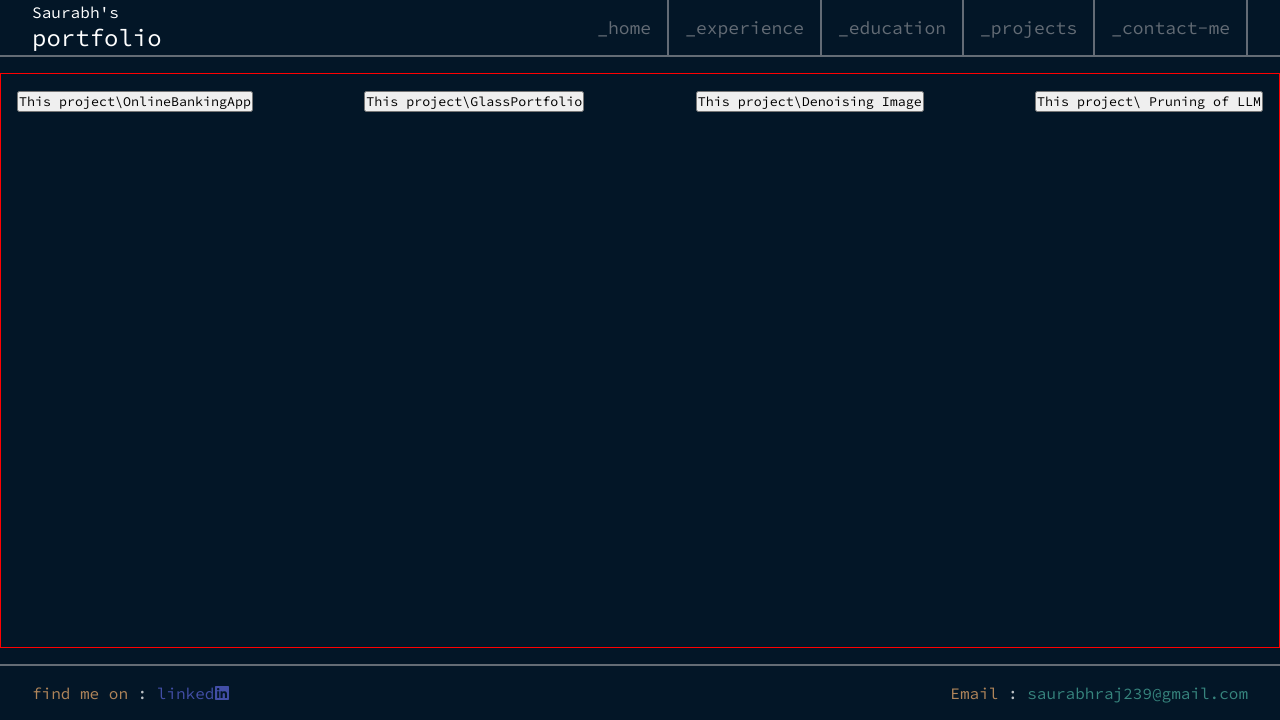
Repository: saurabhraj23/FrontendReactPortfolio
Page: /projects
The author's editor kept a copy of each file at every save. The page is drawn from the files as they stood at one save, then again after the next save.
The browser window is 1280 px wide. The pictures show the whole page.
The project was rebuilt for these pictures with package versions that can differ from the ones it lists, and the page was loaded fresh each time. Also part of the build but not shown: vite.config.js, src/components/Education.jsx, src/components/Experience.jsx, src/components/Contacts.jsx, src/styles/default-page.css, src/components/DefaultPage.jsx.

Above is the page before, as saved 2024-07-23 00:42:54.

After the next save:
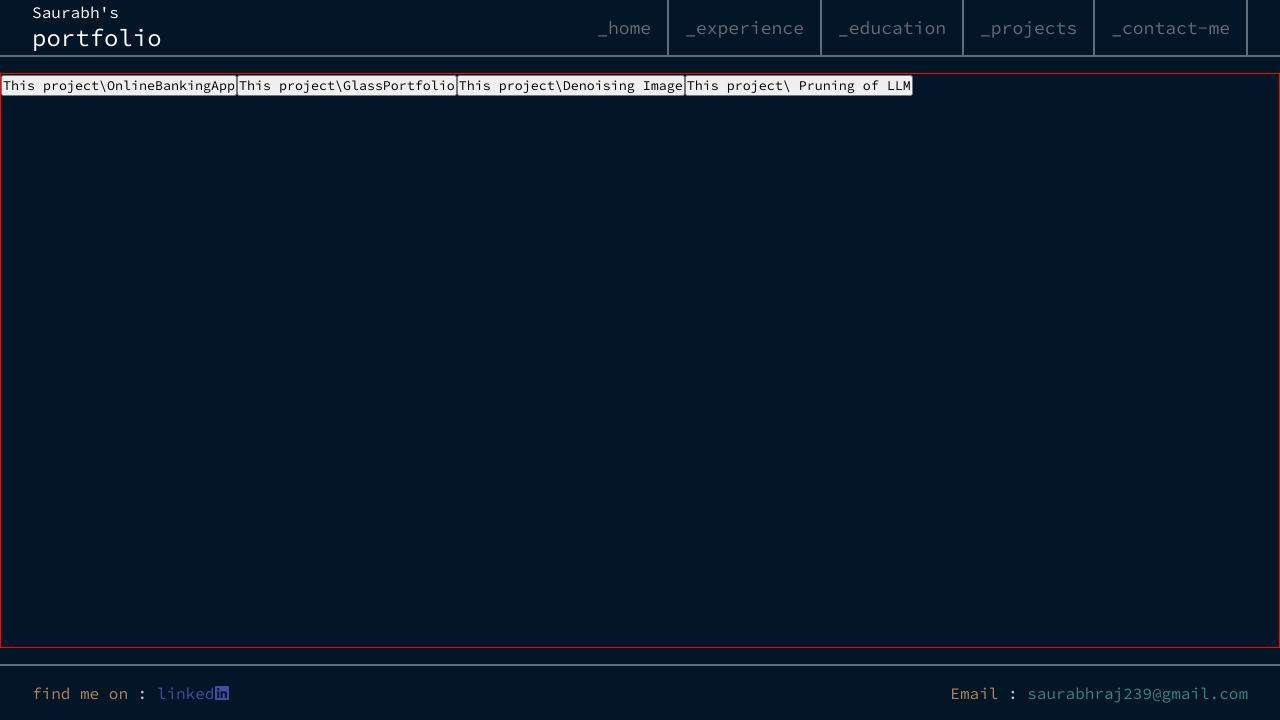
Saved 17 s later.
--- a/src/styles/project.css
+++ b/src/styles/project.css
@@ -5,7 +5,4 @@
 .projects-right-side{
   border: 1px solid red;
   grid-column: 1/3;
-  display: flex;
-  justify-content: space-between;
-  padding:1rem ;
 }
